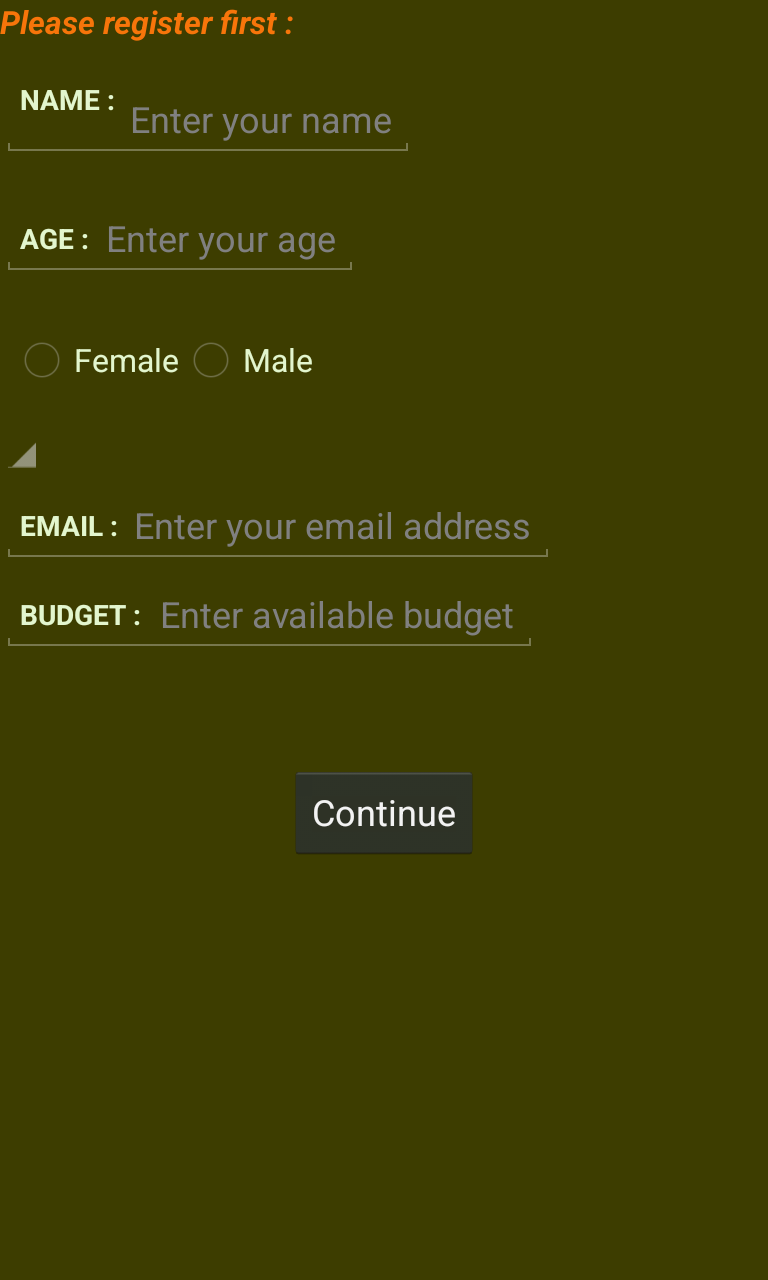
Repository: Adammdit/DT2283GUI
Layout: GunSmoke/res/layout/activity_details_form.xml
An editor plug-in stored every save of this project. The layout is shown before and after the next save, followed by the edit.
It is drawn on a 768 x 1280 px phone screen (xhdpi) without system bars, with theme android:Theme.Holo; the app's code is not run.

Above is the layout before, as saved 2014-11-08 20:09:33.

### GunSmoke/res/layout/activity_details_form.xml
<LinearLayout xmlns:android="http://schemas.android.com/apk/res/android"
    android:layout_width="fill_parent"
    android:background="@color/formBackground"
    android:layout_height="fill_parent">



    <!-- Allows to scrool in vertical possition -->
    <ScrollView
    	android:layout_width="fill_parent"
    	android:layout_height="fill_parent">

    	<LinearLayout
    	    android:layout_width="fill_parent"
    	    android:layout_height="0dp"
    	    android:orientation="vertical" >

    		<FrameLayout
	    		android:id="@+id/name"
	    		android:layout_width="fill_parent"
	    		android:layout_height="fill_parent"
	    		android:layout_marginBottom="5dp" >
			    <EditText
			        android:id="@+id/editName"
			        android:layout_marginTop="40dp"
				    android:layout_width="wrap_content"
				    android:layout_height="wrap_content"
				    android:paddingLeft="65dp"
				    android:inputType="textPersonName"
				    android:hint="Enter your name" />
		    	<TextView
		    	    android:layout_marginTop="10dp"
			        android:layout_width="wrap_content"
			        android:layout_height="wrap_content"
			        android:layout_gravity="center_vertical"
		    		android:textStyle="bold"
		    		android:textColor="#E3F6CE"
			        android:paddingLeft="10dp"
			        android:text="@string/nameLabel" />

		    	<TextView
		    	    android:id="@+id/info"
		    	    android:layout_width="wrap_content"
		    	    android:layout_height="wrap_content"
		    	    android:textColor="#F7750A"
		    	    android:textStyle="bold|italic"
		    	    android:textSize="16sp"
		    	    android:text="Please register first :"
		    	    android:textAppearance="?android:attr/textAppearanceLarge" />

			</FrameLayout>

		    <FrameLayout
			    android:id="@+id/age"
			    android:layout_width="match_parent"
			    android:layout_height="wrap_content"
			    android:layout_marginBottom="5dp" >
			    <EditText
			        android:layout_marginTop="15dp"
				    android:layout_width="wrap_content"
				    android:layout_height="wrap_content"
				    android:layout_marginBottom="15dp"
				    android:paddingLeft="53dp"
				    android:inputType="number"
				    android:hint="Enter your age" />
			    <TextView
			        android:layout_marginTop="0dp"
			        android:layout_width="wrap_content"
			        android:layout_height="wrap_content"
			        android:layout_gravity="center_vertical"
		    		android:textStyle="bold"
		    		android:textColor="#E3F6CE"
			        android:paddingLeft="10dp"
			        android:text="@string/ageLabel" />
		    </FrameLayout>

			<RadioGroup
			    android:id="@+id/gender"
			    android:layout_width="wrap_content"
			    android:layout_height="wrap_content"
			    android:layout_marginBottom="5dp"
			    android:orientation="horizontal"
			    android:padding="5dp" >
			    <RadioButton
				    android:id="@+id/female"
				    android:text="@string/female"
				    android:textColor="#E3F6CE" />
				<RadioButton
				    android:id="@+id/male"
				    android:text="@string/male"
				    android:textColor="#E3F6CE" />
			</RadioGroup>

			<Spinner
			    android:id="@+id/jobSpinner"
			    android:layout_width="wrap_content"
			    android:layout_height="wrap_content"
			    android:layout_marginBottom="5dp"
			    android:textColor="#E3F6CE" />

			<FrameLayout
			    android:id="@+id/email"
			    android:layout_width="wrap_content"
			    android:layout_height="wrap_content"
			    android:layout_marginBottom="5dp" >
				<EditText
				    android:id="@+id/editEmail"
				    android:layout_width="wrap_content"
				    android:layout_height="wrap_content"
				    android:paddingLeft="67dp"
				    android:inputType="textEmailAddress"
				    android:hint="Enter your email address" />
				<TextView
			        android:layout_width="wrap_content"
			        android:layout_height="wrap_content"
			        android:layout_gravity="center_vertical"
		    		android:textStyle="bold"
		    		android:textColor="#E3F6CE"
			        android:paddingLeft="10dp"
			        android:text="@string/emailLabel" />
			</FrameLayout>

			<FrameLayout
			    android:id="@+id/budget"
			    android:layout_width="match_parent"
			    android:layout_height="wrap_content"
			    android:layout_marginBottom="55dp">
				<EditText
				    android:layout_width="wrap_content"
				    android:layout_height="wrap_content"
				    android:paddingLeft="80dp"
				    android:inputType="numberDecimal"
				    android:hint="Enter available budget" />
				<TextView
			        android:layout_width="wrap_content"
			        android:layout_height="wrap_content"
			        android:layout_gravity="center_vertical"
		    		android:textStyle="bold"
		    		android:textColor="#E3F6CE"
			        android:paddingLeft="10dp"
			        android:text="@string/budgetLabel" />
			</FrameLayout>

			<Button
			    android:id="@+id/continueButton"
			    android:layout_width="wrap_content"
			    android:layout_height="wrap_content"
			    android:text="@string/buttonLabel"
			    android:layout_gravity="center_horizontal" />

		</LinearLayout>
	</ScrollView>
</LinearLayout>

### GunSmoke/res/values/colors.xml
<?xml version="1.0" encoding="utf-8"?>
<resources>
	<color name="khaki">#663300</color>
	<color name="price">#E5FFCC</color>
	<color name="name">#CC6600</color>
	<color name="total">#0080FF</color>
	<color name="formBackground">#3D3D00</color>
</resources>

### GunSmoke/res/values/strings.xml
<?xml version="1.0" encoding="utf-8"?>
<resources>

    <string name="app_name">GunSmoke</string>
    <string name="title">Details form:</string>
    <string name="mainLabel">Main list</string>
    <string name="nameLabel">NAME : </string>
    <string name="ageLabel">AGE : </string>
    <string name="emailLabel">EMAIL : </string>
    <string name="budgetLabel">BUDGET : </string>
    <string name="female">Female</string>
    <string name="male">Male</string>
    <string name="buttonLabel">Continue</string>
    <string name="title_activity_splash_screen">SplashScreen</string>
    <string name="splash_info">All prices excludes vat = 21%</string>
    <string name="title_activity_details_form">DetailsForm</string>

    <!-- List of job titles -->
    <string-array name="jobTitles">
        <item>Select job title</item>
        <item>iPhone</item>
        <item>WindowsMobile</item>
        <item>Blackberry</item>
        <item>WebOS</item>
        <item>Ubuntu</item>
        <item>Windows7</item>
        <item>Max OS X</item>
        <item>Linux</item>
        <item>OS/2</item>
    </string-array>
    <!-- Melee weapones -->
    <string-array name="melee">
        <item>Knife</item>
        <item>Machete</item>
        <item>Maltador</item>
        <item>Galstead</item>
        <item>Throwing knife</item>
        <item>Ubuntu</item>
        <item>Windows7</item>
        <item>Max OS X</item>
        <item>Linux</item>
        <item>OS/2</item>
    </string-array>

    <string name="title_activity_receipt">Receipt</string>
    <string name="hello_world">Hello world!</string>

</resources>

After the next save:
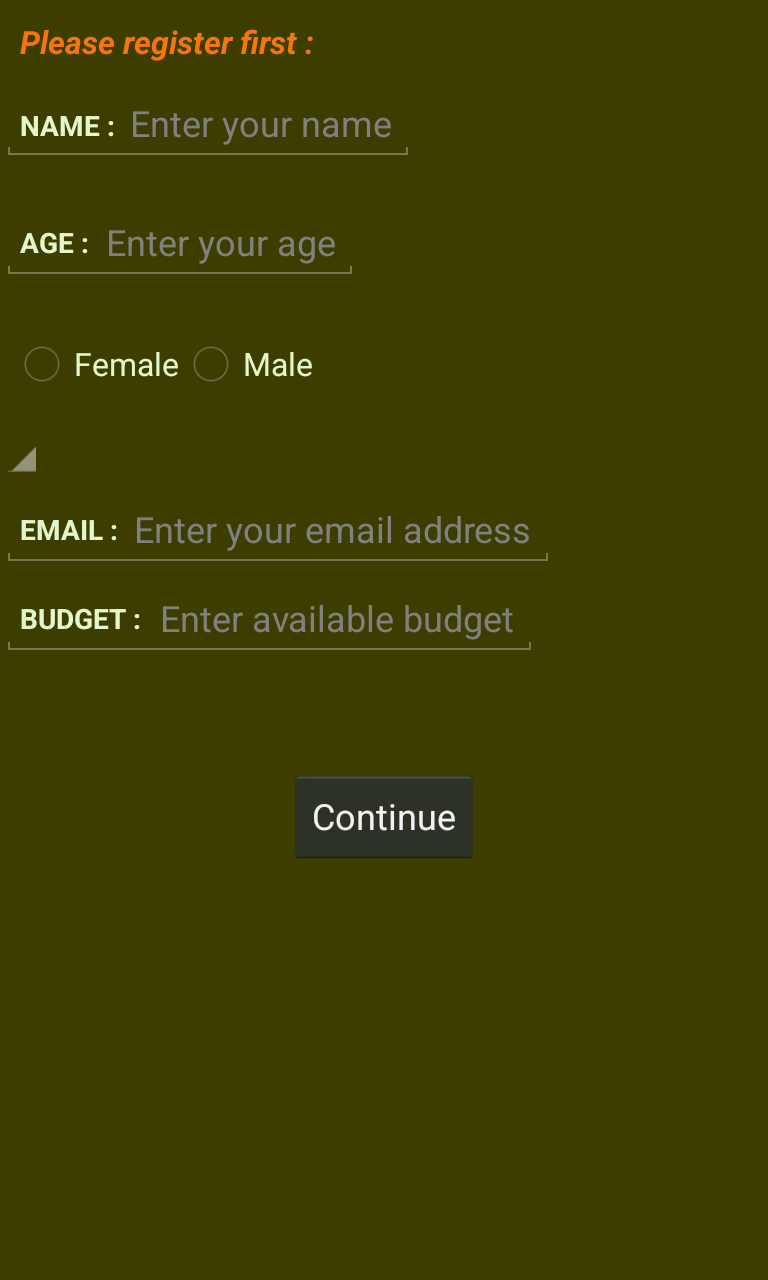
Saved 9 min 57 s later.
--- a/GunSmoke/res/layout/activity_details_form.xml
+++ b/GunSmoke/res/layout/activity_details_form.xml
@@ -22,14 +22,14 @@
 	    		android:layout_marginBottom="5dp" >
 			    <EditText
 			        android:id="@+id/editName"
-			        android:layout_marginTop="40dp"
+			        android:layout_marginTop="42dp"
 				    android:layout_width="wrap_content"
 				    android:layout_height="wrap_content"
 				    android:paddingLeft="65dp"
 				    android:inputType="textPersonName"
 				    android:hint="Enter your name" />
 		    	<TextView
-		    	    android:layout_marginTop="10dp"
+		    	    android:layout_marginTop="22dp"
 			        android:layout_width="wrap_content"
 			        android:layout_height="wrap_content"
 			        android:layout_gravity="center_vertical"
@@ -40,8 +40,10 @@
 
 		    	<TextView
 		    	    android:id="@+id/info"
+		    	    android:layout_marginTop="10dp"
 		    	    android:layout_width="wrap_content"
 		    	    android:layout_height="wrap_content"
+		    	     android:paddingLeft="10dp"
 		    	    android:textColor="#F7750A"
 		    	    android:textStyle="bold|italic"
 		    	    android:textSize="16sp"
@@ -130,7 +132,7 @@
 				    android:layout_height="wrap_content"
 				    android:paddingLeft="80dp"
 				    android:inputType="numberDecimal"
-				    android:hint="Enter available budget" />
+				    android:hint="@string/budgetHint" />
 				<TextView
 			        android:layout_width="wrap_content"
 			        android:layout_height="wrap_content"
--- a/GunSmoke/res/values/strings.xml
+++ b/GunSmoke/res/values/strings.xml
@@ -14,6 +14,7 @@
     <string name="title_activity_splash_screen">SplashScreen</string>
     <string name="splash_info">All prices excludes vat = 21%</string>
     <string name="title_activity_details_form">DetailsForm</string>
+    <string name="budgetHint">Enter available budget</string>
 
     <!-- List of job titles -->
     <string-array name="jobTitles">
